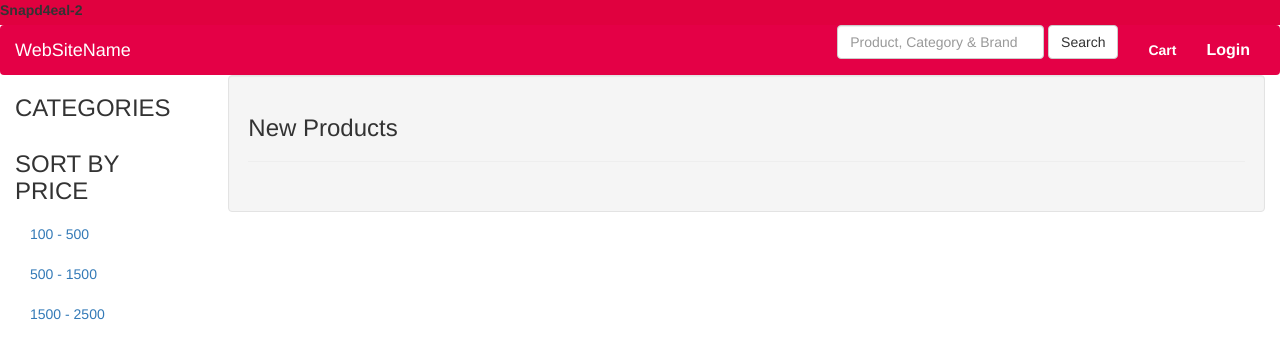
Repository: Aryans26/project
Page: http://localhost/frontend/WEB-INF/views/index.jsp
An editor plug-in stored every save of this project. The page is shown before and after the next save, followed by the edit.
The browser window is 1280 px wide. The pictures show the whole page.
Some web libraries are served in a nearby version. The page is served by Tomcat 9. Nobody is signed in. The template is opened directly, without the code that normally fills it, so the values that code supplies are empty.

Above is the page before, as saved 2017-06-20 10:44:18.

After the next save:
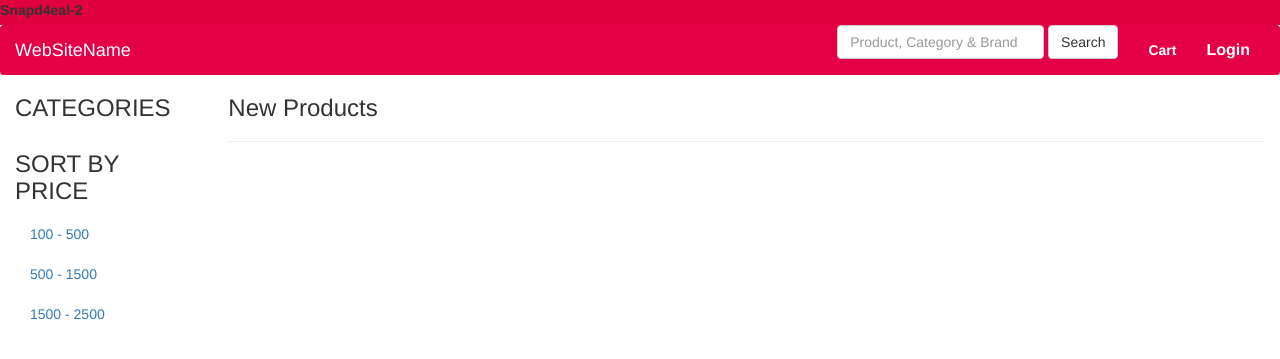
Saved 48 s later.
--- a/frontend/src/main/webapp/WEB-INF/views/allproducts.jsp
+++ b/frontend/src/main/webapp/WEB-INF/views/allproducts.jsp
@@ -57,7 +57,7 @@
 <!--
 New Products
 -->
-	<div class="well well-small" >
+
 	<h3>New Products </h3>
 	<hr class="soften"/>
 		<div class="row">
@@ -84,7 +84,7 @@ New Products
 <!-- 		  <a class="left carousel-control" href="#newProductCar" data-slide="prev">&lsaquo;</a>Cycling of images -->
 <!--             <a class="right carousel-control" href="#newProductCar" data-slide="next">&rsaquo;</a> -->
 		  </div>
-		  </div>
+
 				</div>
 
 
